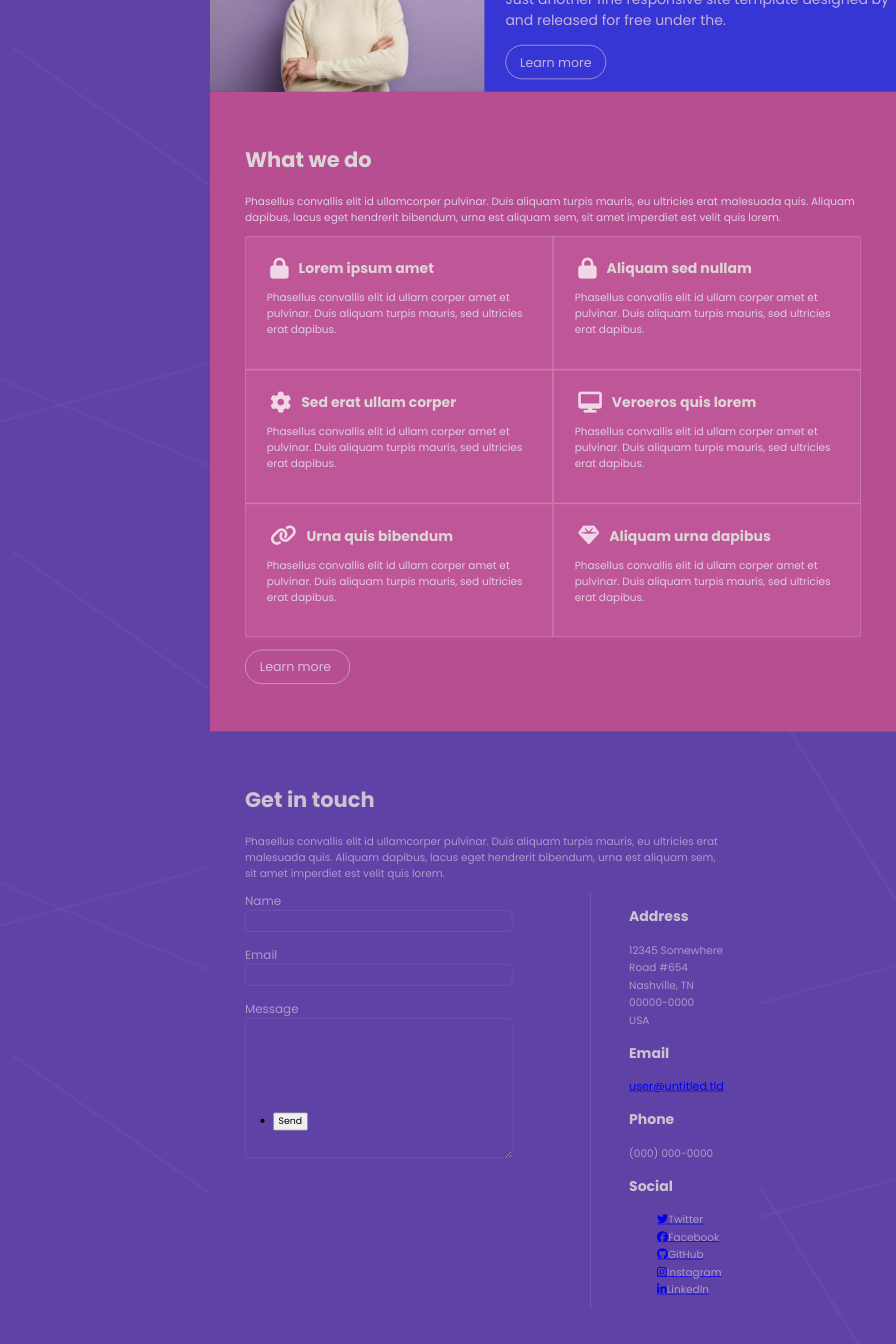
Repository: zai31/KIMIT_Tasks
Page: JsSession8/index.html
These files come from the project's save history. The page is drawn as it stood at one moment and after a run of saves; the edit follows.
The browser window is 1280 px wide. The pictures show the part of the page from y = 1373 to 3293 px (the page is 3293 px tall before and 3143 px after), at 70% of full size.
Backgrounds fixed to the window are drawn as part of the page.

Above is the page before, as saved 2025-09-15 23:04:39.

### JsSession8/index.html
<!DOCTYPE html>
<html lang="en">
<head>
    <meta charset="UTF-8">
    <meta name="viewport" content="width=device-width, initial-scale=1.0">
    <link rel="stylesheet" href="./css/style.css">
	<link href="https://cdnjs.cloudflare.com/ajax/libs/font-awesome/6.5.2/css/all.min.css" rel="stylesheet">

    <title>Responsive</title>
</head>

<body>
    <section  class="flex-section">
        <div class="menu">
        <ul>
            <li><a href="#">welcome</a></li>
            <li><a href="#">who are we</a></li>
            <li><a href="#">what we do</a></li>
            <li><a href="#">get in touch</a></li>
        </ul>
</div>
<div class="section">
    <div class="content">
      <div class="intro">
							<h1>Hyperspace</h1>
							<p>Just another fine responsive site template designed by <a href="https://html5up.net">HTML5 UP</a><br>
							and released for free under the <a href="https://html5up.net/license">Creative Commons</a>.</p>
							<button>Learn more</button>

						</div>
    <div class="overview">
        <div class="s" style="background-color: rgb(83, 83, 228);">
           <img src="./images/1.jpg" alt="">

							<div ><h1>Hyperspace</h1>
                                <p>Just another fine responsive site template designed by
							and released for free under the.</p>
							<button>Learn more</button></div>
        </div>
        <div class="s" style="background-color: rgb(69, 69, 226);">
            <img src="./images/2.jpg" alt="">
							<div >
                                           	<h1>Hyperspace</h1>
<p>Just another fine responsive site template designed by
							and released for free under the.</p>
							<button>Learn more</button></div>
        </div>
        <div class="s" style="background-color: rgb(54, 54, 213);">
            <img src="./images/3.jpg" alt="">
							<div >
                                           	<h1>Hyperspace</h1>
<p>Just another fine responsive site template designed by
							and released for free under the.</p>
							<button>Learn more</button></div>
        </div>
    <div class="what">
							<h2 style="font-size: 30px;">What we do</h2>
							<p>Phasellus convallis elit id ullamcorper pulvinar. Duis aliquam turpis mauris, eu ultricies erat malesuada quis. Aliquam dapibus, lacus eget hendrerit bibendum, urna est aliquam sem, sit amet imperdiet est velit quis lorem.</p>
							<div class="features">
								<section style="border-radius:5px 0px 0px 0 ;">
									<span style="color: rgba(255, 255, 255, 0.759); font-size: 30px;" class="fa-solid fa-lock"></span>
									<h3 >Lorem ipsum amet</h3>
									<p>Phasellus convallis elit id ullam corper amet et pulvinar. Duis aliquam turpis mauris, sed ultricies erat dapibus.</p>
								</section>
								<section style="border-radius:0 5px 0px 0 ;">
									<span style="color: rgba(255, 255, 255, 0.759); font-size: 30px;" class="fa-solid fa-lock"></span>
									<h3>Aliquam sed nullam</h3>
									<p>Phasellus convallis elit id ullam corper amet et pulvinar. Duis aliquam turpis mauris, sed ultricies erat dapibus.</p>
								</section>
								<section>
									<span style="color: rgba(255, 255, 255, 0.759); font-size: 30px;" class="fa-solid  fa-cog"></span>
									<h3>Sed erat ullam corper</h3>
									<p>Phasellus convallis elit id ullam corper amet et pulvinar. Duis aliquam turpis mauris, sed ultricies erat dapibus.</p>
								</section>
								<section>
									<span style="color: rgba(255, 255, 255, 0.759); font-size: 30px;" class="fa-solid fa-desktop"></span>
									<h3>Veroeros quis lorem</h3>
									<p>Phasellus convallis elit id ullam corper amet et pulvinar. Duis aliquam turpis mauris, sed ultricies erat dapibus.</p>
								</section>
								<section style="border-radius:0 0px 0px 5px  ;">
									<span class="fa-solid fa-link" style="color: rgba(255, 255, 255, 0.759); font-size: 30px;"></span>
									<h3>Urna quis bibendum</h3>
									<p>Phasellus convallis elit id ullam corper amet et pulvinar. Duis aliquam turpis mauris, sed ultricies erat dapibus.</p>
								</section>
								<section style="border-radius:0 0px 5px 0 ;">
									<span class="fa-solid fa-gem" style="color: rgba(255, 255, 255, 0.759); font-size: 30px;" ></span>
									<h3>Aliquam urna dapibus</h3>
									<p>Phasellus convallis elit id ullam corper amet et pulvinar. Duis aliquam turpis mauris, sed ultricies erat dapibus.</p>
								</section>
							</div>
							<ul class="actions">
								<li style="list-style: none;"><a href="generic.html" class="button" style="text-decoration: none; color: thistle;">Learn more</a></li>
							</ul>

    </div>
                        </div>
	<div class="form">
		<h2 style="font-size: 30px;">Get in touch</h2>
							<p>Phasellus convallis elit id ullamcorper pulvinar. Duis aliquam turpis mauris, eu ultricies erat malesuada quis. Aliquam dapibus, lacus eget hendrerit bibendum, urna est aliquam sem, sit amet imperdiet est velit quis lorem.</p>
							<div class="formS"><form action="">
								<div class="fields">

								<div class="row">

									<div class="field">
										<label for="name">Name</label>
										<input type="text" name="name" id="name" />
									</div>
									<div class="field">
										<label for="email">Email</label>
										<input type="email" name="email" id="email" />
									</div></div>
									<div class="field">
										<label for="message">Message</label>
										<textarea name="message" id="message" rows="3"></textarea>
									</div>
								</div>
								<ul class="actions">
									<li><input type="submit" value="Send" /></li>
								</ul>
							</form>
							<div class="line"></div>
							<section>
								<ul style="list-style: none;" class="contact">
										<li>
											<h3>Address</h3>
											<span>12345 Somewhere Road #654<br>
											Nashville, TN 00000-0000<br>
											USA</span>
										</li>
										<li>
											<h3>Email</h3>
											<a href="#">user@untitled.tld</a>
										</li>
										<li>
											<h3>Phone</h3>
											<span>(000) 000-0000</span>
										</li>
										<li>
											<h3>Social</h3>
											<ul style="list-style: none;" class="icons">
												<li><a href="#" class="fa-brands fa-twitter"><span class="label">Twitter</span></a></li>
												<li><a href="#" class="fa-brands fa-facebook"><span class="label">Facebook</span></a></li>
												<li><a href="#" class="fa-brands fa-github"><span class="label">GitHub</span></a></li>
												<li><a href="#" class="fa-brands fa-instagram"><span class="label">Instagram</span></a></li>
												<li><a href="#" class="fa-brands fa-linkedin-in"><span class="label">LinkedIn</span></a></li>
											</ul>
										</li>
									</ul>
							</section>
							</div>
	</div>
                        </div>
                    </section>
</body>
</html>

### JsSession8/CSS/style.css
@import url("https://fonts.googleapis.com/css2?family=Poppins:ital,wght@0,100;0,200;0,300;0,400;0,500;0,600;0,700;0,800;0,900;1,100;1,200;1,300;1,400;1,500;1,600;1,700;1,800;1,900&display=swap");

* {
    box-sizing: border-box;
    font-family: "Poppins", sans-serif;
}

:root {
    --sidebar-color: #312450;
    --primary-color: #5e42a6;
    --secondary-color: #b74e91;
    --section-bg-color: #c7b2dc;
    --dark-color: #000000;
    --navbar-bg-color: #273053;
    --p-color: #717275;
    --highlight-icon-color: #ff0100;
    --main-transition: 0.5s all ease-in-out;
}


html,
body {
    height: 100%;
    margin: 0;
    padding: 0;
}

.flex-section {
    display: flex;
    flex-direction: row;

}

/*side bar*/
.flex-section .menu {
    min-height: 100vh;
    /* ensures sidebar spans at least the full screen */
    height: auto;
    /* lets it grow with content */
    width: 300px;
    top: 0;
    left: 0;
    position: fixed;
    background-color: var(--sidebar-color);
    padding: 145px 30px;
    box-shadow: 0 0 10px rgba(0, 0, 0, 0.1);
}

.flex-section .menu ul {
    list-style: none;
    padding: 0;
    margin: 0;
    text-align: right;
}

.flex-section .menu ul li {
    margin-bottom: 10px;
    font-size: 20px;
    position: relative;
    /* needed for ::after positioning */
    padding-bottom: 10px;
}

.flex-section .menu ul li a {
    text-decoration: none;
    color: #8b82a1;

}

.flex-section .menu ul li::after {
    content: "";
    position: absolute;
    left: 0;
    bottom: 0;
    width: 100%;
    /* stick to the bottom */
    height: 2px;
    background-color: #8b82a1;
    /* thickness of underline */
    transition: width 0.3s ease;
}

/*use js*/
.flex-section .menu ul li a:hover::after {
    width: 100%;
    /* expand underline on hover */
}


.flex-section .menu ul li a:hover {
    color: #b5b8bf;
}

.flex-section .menu ul li a:active {
    color: #5e42a6;
}

.flex-section .menu ul li a:active::after {
    background: linear-gradient(to right, #4b0082, #8b00ff, #981196);
}






/*content first section */
.flex-section .section {
    flex: 1;
    background-color: var(--section-bg-color);
    background-attachment: fixed;
    background-image: url("../assets/css/images/Screenshot\ 2025-09-15\ 075920.png");
    background-position: top right;
    background-repeat: no-repeat;
    background-size: 100% 100%;
    padding-left: 300px;
}

.flex-section .section .content {
    display: flex;
    flex-direction: column;
    width: 100%;
}

.flex-section .section .content .intro {
    padding: 100px;
    width: 100%;
    height: 100vh;
}

.flex-section .section .content .intro h1 {
    color: rgb(221, 213, 213);
    font-size: 50px;
}

.flex-section .section .content .intro p,
.flex-section .section .content .intro a {
    color: var(--section-bg-color);
    font-size: 20px;
}

.flex-section .section .content .intro a:hover {
    color: #fefefe;
    text-decoration: none;
}

.flex-section .section .content .intro button {
    color: var(--section-bg-color);
    background-color: transparent;
    border: 1px solid var(--section-bg-color);
    padding: 10px 20px;
    border-radius: 25px;
    cursor: pointer;
    text-decoration: none;
    font-size: 18px;
}

.flex-section .section .content .intro button:hover {
    background-color: #6f54b6;
}




/*content second section */

.flex-section .section .content .overview .s {
    display: flex;
    flex-direction: row;
    align-items: center;
    gap: 30px;
}

.flex-section .section .content .overview .s h1 {
    color: rgb(221, 213, 213);
    font-size: 30px;
}

.flex-section .section .content .overview .s p {
    color: var(--section-bg-color);
    font-size: 20px;
}

.flex-section .section .content .overview .s button {
    color: var(--section-bg-color);
    background-color: transparent;
    border: 1px solid var(--section-bg-color);
    padding: 10px 20px;
    border-radius: 25px;
    cursor: pointer;
    text-decoration: none;
    font-size: 18px;
}

.flex-section .section .content .overview .s button:hover {
    background-color: rgb(77, 77, 246);
}

.flex-section .section .content .overview .s img {
    width: 40%;
}

/*what section*/

.flex-section .section .content .what {
    padding: 50px;
    width: 100%;
    background-color: var(--secondary-color);
}

.flex-section .section .content .what h3,
.flex-section .section .content .what h2 {
    color: rgb(221, 213, 213);
    font-size: 20px;
}
.flex-section .section .content .what p {
    color: #e0cee1;
    font-size: 15px;
}

.flex-section .section .content .what .features{
    display: flex;
    flex-direction: row;
    flex-wrap: wrap;
    background-color: #be5698;


}
.flex-section .section .content .what .features section {
 flex: 1 1 50%;     /* grow/shrink, ~half width with gap */
 border: 0.5px solid rgba(255, 255, 255, 0.248);
 box-sizing: border-box;
 padding: 30px;

}
.flex-section .section .content .what .actions {
   color: var(--section-bg-color);
    background-color: transparent;
    border: 1px solid var(--section-bg-color);
    padding: 10px 20px;
    border-radius: 25px;
    cursor: pointer;
    text-decoration: none;
    font-size: 18px;
    width: 150px;
}

 .what .actions:hover {
    background-color: rgb(212, 107, 177);
}
.features section span,
.features section h3 {
  display: inline-block;
  vertical-align: middle;
  margin: 0 5px;
}

/*form*/

.form {
    padding: 50px;
    width: 80%;
    background-color: var(--primary-color);

}
.form .formS
{
   display: flex;
   flex-direction: row;
}
.form h2 {
    color: rgba(221, 213, 213, 0.873);
    font-size: 30px;
}
.form p {
    color: #e0cee19d;
    font-size: 15px;
}
 .fields {
    display: flex;
    flex-direction: row;
    flex-wrap: wrap;
    width: 80%;
    border-radius: 10px;
    height: 50%;
    gap: 20px;
}

.field {
  display: flex;
  flex-direction: column;
  flex: 1; /* make name and email share equal width */
}
.field input, .field textarea{
    background-color: transparent;
    border: 1px solid #e0cee127;
    border-radius: 5px;
    cursor: pointer;
    text-decoration: none;
    font-size: 18px;
    color: #e0cee19d;
}
.field label {
    color: #e0cee19d;
    font-size: 17px;
}
.contact-info {
  flex: 1; /* right side column */
  color: #e0cee19d;
}

.form .fields .row {
    display: flex;
    flex-direction: row;
    flex-wrap: wrap;
    width: 100%;
    gap: 20px;}

    .field textarea
    {
        height: 200px;
    }
.line {
    width: 2px;
    background-color:#ffffff28; /* or border-left: 1px solid #e0cee127; */
    margin: 0 15px; /* spacing from form and contact info */
    align-self: stretch; /* makes it fill the full height of the flex container */
}
.formS .contact{
    width: 100%;
}
.formS .contact h3 {
    color: rgba(221, 213, 213, 0.873);
    font-size: 20px;
}
.formS .contact span {
    color: #e0cee19d;
    font-size: 15px;
}

After the next 3 saves:
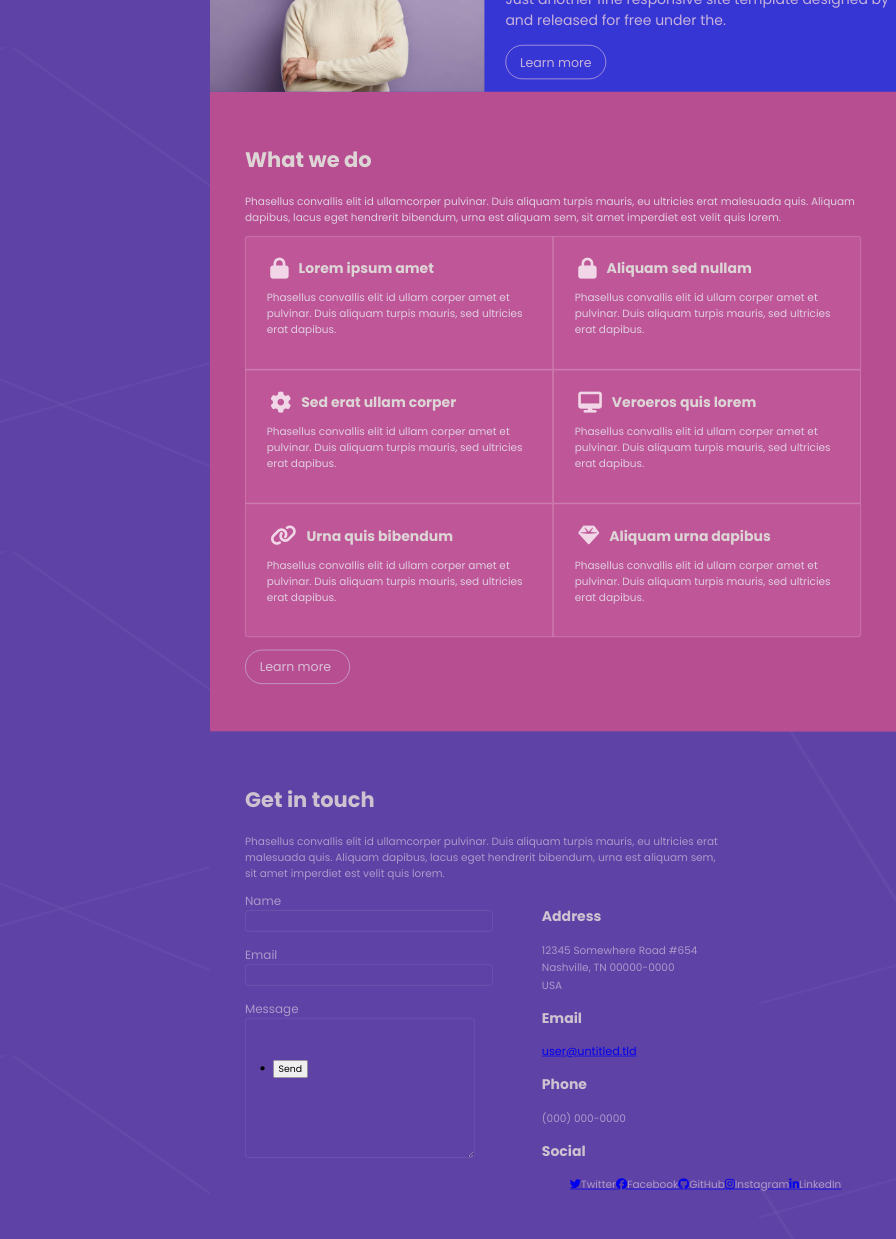
The 3 saves are shown as one change because they came seconds apart.
The last was saved 7 s later.
--- a/JsSession8/index.html
+++ b/JsSession8/index.html
@@ -138,7 +138,7 @@
 										</li>
 										<li>
 											<h3>Social</h3>
-											<ul style="list-style: none;" class="icons">
+											<ul style="list-style: none; display: flex;" class="icons">
 												<li><a href="#" class="fa-brands fa-twitter"><span class="label">Twitter</span></a></li>
 												<li><a href="#" class="fa-brands fa-facebook"><span class="label">Facebook</span></a></li>
 												<li><a href="#" class="fa-brands fa-github"><span class="label">GitHub</span></a></li>
